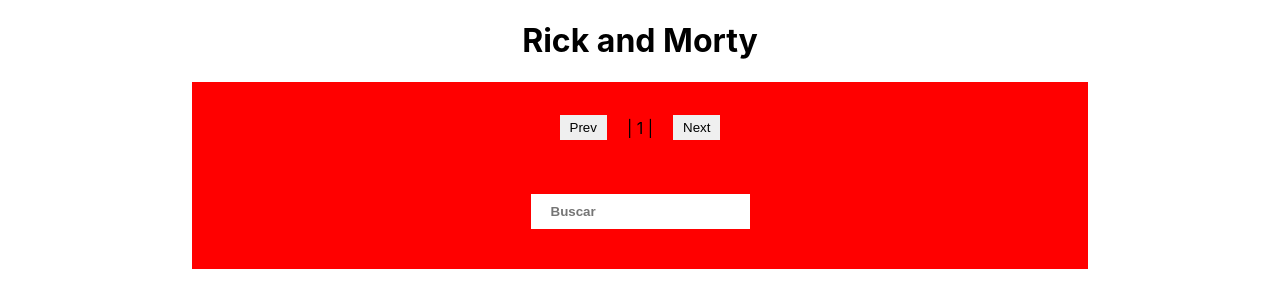
Repository: DanielVegaf/rick-and-morty-api
Page: /
The author's editor kept a copy of each file at every save. The page is drawn from the files as they stood at one save, then again after the next save.
The browser window is 1280 px wide. The pictures show the whole page.
The page's requests for data from a server got no answer. The project was rebuilt for these pictures with package versions that can differ from the ones it lists, and the page was loaded fresh each time. No one was signed in, and anything a server would have sent is missing. Also part of the build but not shown: vite.config.js.

Above is the page before, as saved 2022-07-08 19:43:24.

After the next save:
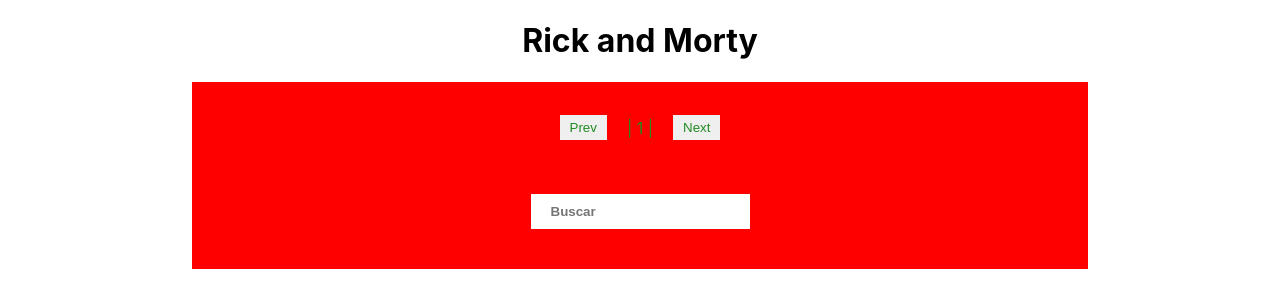
Saved 4 s later.
--- a/src/App.css
+++ b/src/App.css
@@ -27,7 +27,7 @@
 .buttons button:active {
   transform: scale(1.1);
 }
-.buttons button>p {
+.buttons button, p {
   color: forestgreen;
 }
 
